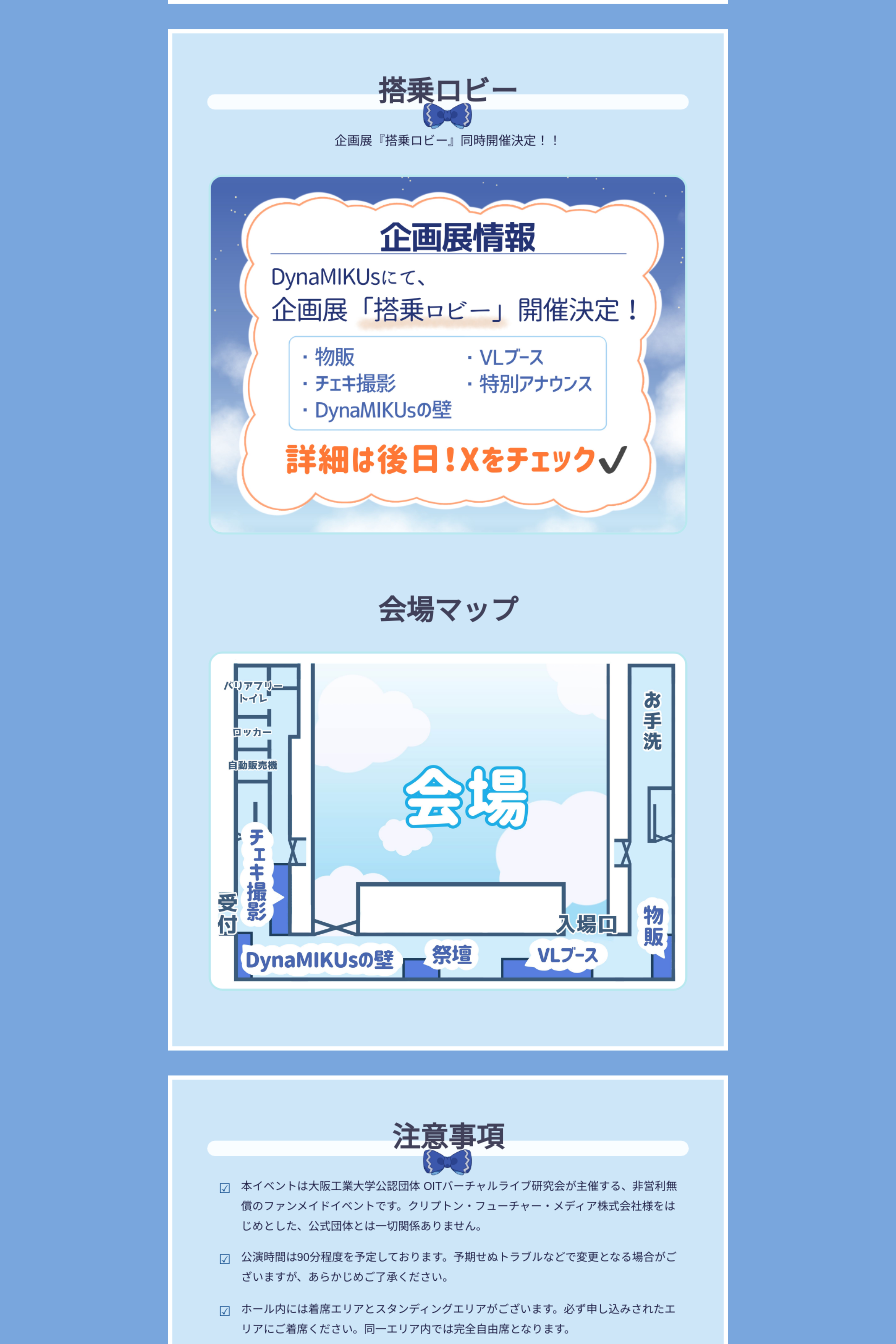
Repository: oitvl/oitvl.com
Page: dynamikus/2025/index.html
An editor plug-in stored every save of this project. The page is shown before and after the next save, followed by the edit.
The browser window is 1280 px wide. The pictures show the part of the page from y = 3591 to 5511 px (the page is 8242 px tall before and 7689 px after), at 70% of full size.
A picture or video elsewhere on the page could not be fetched, so the positions and the page height are approximate. Some web fonts or font styles are not loaded; a fallback is used.

Above is the page before, as saved 2025-09-21 00:03:44.

### dynamikus/2025/index.html
<!DOCTYPE html>
<html lang="ja">

    <head>
        <meta charset="UTF-8">
        <meta name="viewport" content="width=device-width, initial-scale=1.0">
        <title>DynaMIKUs</title>
        <link rel="stylesheet" type="text/css" href="index.css">
        <link rel="preconnect" href="https://fonts.googleapis.com">
        <link rel="preconnect" href="https://fonts.gstatic.com" crossorigin>
        <link href="https://fonts.googleapis.com/css2?family=M+PLUS+Rounded+1c&display=swap" rel="stylesheet">
        <link href="https://fonts.googleapis.com/css2?family=IBM+Plex+Sans+JP&family=M+PLUS+Rounded+1c&display=swap" rel="stylesheet">
    </head>

    <body>
        <div class="background">
            <img src="main_back.png">
        </div>

        <!-- ★★★ 画面に固定するUIの専用レイヤー ★★★ -->
        <div class="fixed-ui-layer">
            <div class="sns">
                <a href="https://x.com/oit_vlken" target="_blank" rel="noopener noreferrer">
                    <img src="X-Logo.png" alt="X Logo">
                </a>
                <a href="https://www.instagram.com/oit_vlken/" target="_blank" rel="noopener noreferrer">
                    <img src="Instagram-Logo.png" alt="Instagram Logo">
                </a>
                <a href="https://www.oitvl.com/" target="_blank" rel="noopener noreferrer" style="fill: white;">
                    <svg xmlns="http://www.w3.org/2000/svg" fill="currentColor" class="bi bi-house-fill" viewBox="0 0 16 16">
  <path d="M8.707 1.5a1 1 0 0 0-1.414 0L.646 8.146a.5.5 0 0 0 .708.708L8 2.207l6.646 6.647a.5.5 0 0 0 .708-.708L13 5.793V2.5a.5.5 0 0 0-.5-.5h-1a.5.5 0 0 0-.5.5v1.293z"/>
  <path d="m8 3.293 6 6V13.5a1.5 1.5 0 0 1-1.5 1.5h-9A1.5 1.5 0 0 1 2 13.5V9.293z"/>
</svg>
                </a>
            </div>

            <div class="popup">
                <ul>
                    <li><a href="#DynaMInfo">DynaMIKUsとは</a></li>
                    <li><a href="#liveInfo">ライブ情報</a></li>
                    <li><a href="#ticketSeat">チケット</a></li>
                    <li><a href="#seat">座席表</a></li>
                    <li><a href="#shop">物販</a></li>
                    <li><a href="#attention">注意事項</a></li>
                    <li><a href="#access">アクセス</a></li>
                </ul>
            </div>

        </div>

        <!-- ★★★ スクロールするコンテンツの専用レイヤー ★★★ -->
        <div class="hero-section">
            <div id="mainimg">
                <img src="main.png" alt="Main Visual">
            </div>

        </div>

        <div class="menu">
            <div id="logoObj">
                <label for="label1">
                    <div class="logo"></div>
                </label>
            </div>
            <input type="checkbox" id="label1" />
        </div>

        <div id="quickInfo">
            <p><strong>2025年9月23日（火・祝）</strong></p>
            <p>17:00開場 17:30開演</p>
            <p>高槻城公園芸術文化劇場 トリシマホール</p>
            <p>入場無料</p>
        </div>

        <div class="scroll-content-layer">
            <main class="content-wrapper">
                <section class="contents" id="DynaMInfo">
                    <h3>ライブテーマ</h3>
                    <div class="rectangle"><div class="ribbon"></div></div>
                    <br>
                    今回のテーマは
                    <div class="theme">『テストフライト！』</div>
                    <p>
                        「挑戦」って難しい<br>
                        「一歩」って遠い<br>
                        <br>
                        諦めかけた景色は<br>
                        ほんの少しのきっかけで<br>
                        すぐ目の前に広がるかもしれない<br>
                        <br>
                        ミクと一緒に飛び立とう<br>
                        まだ終わらない、あの夏の向こうへ！<br>
                    </p>
                    <br>
                    <h4>DynaMIKUsとは</h4>
                    <p>
                        OITバーチャルライブ研究会による<br>
                        初音ミクファンメイドライブプロジェクト『DynaMIKUs』<br>
                        <br>
                        ダイナミックなミクの姿を描けるように日々研究を重ねています。
                        <br>
                    </p>
                </section>

                <section class="contents" id="liveInfo">
                    <h3>タイムテーブル</h3>
                    <div class="rectangle"><div class="ribbon"></div></div>
                    <p>
                        15:00&emsp;企画展OPEN<br>
                        17:00&emsp;ライブ開場<br>
                        17:30&emsp;ライブ開演<br>
                        20:00&emsp;会場CLOSE
                    </p>
                </section>

                <section class="contents" id="ticketSeat">
                    <h3>チケット</h3>
                    <div class="rectangle"><div class="ribbon"></div></div>
                    <p>
                        チケットは2種類！<br>
                        着席エリアとスタンディングエリアから選べます<br>
                    </p>
                    <div id="ticket">
                        <div class="ticBlock">
                            <h3>着席</h3>
                            <img src="sitting.png" alt="着席エリアのイメージ">
                            <p>着席しながらライブをお楽しみいただけます（立ち上がっての観覧はできません）。</p>
                        </div>
                        <div class="ticBlock">
                            <h3>スタンディング</h3>
                            <img src="standing.png" alt="スタンディングエリアのイメージ">
                            <p>スタンディング推奨のエリアです（着席していただいてもかまいません）。</p>
                        </div>
                    </div>
                    <div class="seat">
                        <h4>座席配置</h4>
                        <img src="seat.png" alt="座席図">
                        <p>※申し込み状況により座席配置は変更となる場合がございます。</p>
                    </div>
                    <div class="ticket-info">
                        <div class="ticket-jump"><a href="https://t.livepocket.jp/e/dynamikus">チケットの事前申込はこちら！</a></div>
                        <div class="ticket-notion">※LivePocket（外部サイト）に遷移します</div>
                    </div>
                </section>

                <section class="contents" id="kikaku">
                    <h3>搭乗ロビー</h3>
                    <div class="rectangle"><div class="ribbon"></div></div>
                    <p class="coming-soon">
                        企画展『搭乗ロビー』同時開催決定！！<br>
                        <!-- --------2025/09/20更新------- -->
                        <ul>
                            <li>
                                <img src="DynaMIKUs_booth_commingsoon2.jpg" alt="toujourobi info">
                            </li>
                            <li>
                                <h3>会場マップ</h3>
                                <img src="DynaMIKUs_boothMap.jpg" alt="kaijou map">
                            </li>
                        </ul>
                        <!-- ---------------------------- -->
                    </p>
                </section>

                <!--
                <section class="contents" id="shop">
                    <h3>物販</h3>
                    <div class="rectangle"><div class="ribbon"></div></div>
                    <p class="coming-soon">―― Coming soon彡 ――</p>
                </section>
            -->

                <section class="contents" id="attention">
                    <h3>注意事項</h3>
                    <div class="rectangle"><div class="ribbon"></div></div>
                    <div class="notes-container">
                        <ul>
                            <li>本イベントは大阪工業大学公認団体 OITバーチャルライブ研究会が主催する、非営利無償のファンメイドイベントです。クリプトン・フューチャー・メディア株式会社様をはじめとした、公式団体とは一切関係ありません。</li>

                            <li>公演時間は90分程度を予定しております。予期せぬトラブルなどで変更となる場合がございますが、あらかじめご了承ください。</li>
                            <li>ホール内には着席エリアとスタンディングエリアがございます。必ず申し込みされたエリアにご着席ください。同一エリア内では完全自由席となります。</li>
                            <li>本イベントではペンライト・サイリウムをお持ち込みいただけますが、極端に光の強いペンライト・サイリウムは演出上支障をきたす可能性がありますのでお控えください。</li>
                            <li>公演中は携帯電話・スマートフォンなどの電子機器を、音の出ない設定にしていただきますようお願いいたします。</li>
                            <li>ホール内での飲食は禁止となっております。水分補給はホール外のホワイエでお願いいたします。</li>
                            <li>公演中はスタンディングでの鑑賞を推奨いたしますが、一部着席エリアではスタンディングはできません。</li>
                            <li>ジャンプ、過度な横揺れ、椅子の上に立つ、ペンライトを頭上より高く上げ続けるなど、周りの方のご迷惑になるような行為は禁止とさせていただきます。</li>
                            <li>公演中は演出の都合上、非常誘導灯を含め客席照明を消灯いたします。ホール内の段差やケーブル等にご注意ください。</li>

                            <li>会場側の要請により、コスプレは禁止とさせていただきます。</li>
                            <li>会場は貸し切りではありません。ほかの利用者様のご迷惑とならないよう、ご配慮の上お楽しみください。</li>
                            <li>会場には駐車場がございますが、混雑が予想されるため公共交通機関のご利用をご検討ください。</li>

                            <li>イベント中の様子は運営による動画撮影が行われ、その様子がインターネット上にアップロードされる場合がございます。あらかじめご了承ください。</li>
                            <li>公演中は演出として大きな音や光の点滅があります。心配な方はライブ用耳栓や目を背ける等で各自対処していただきますようお願いいたします。</li>
                            <li>イベント中に体調が悪くなった場合、お近くのスタッフまでお声がけください。</li>
                            <li>小さなお子様と参加される場合、目を離されないようご注意ください。</li>
                            <li>イベント中の盗難・紛失・お客様同士のトラブルなどは主催者側では一切責任を負いかねます。</li>
                            <li>円滑なイベント運営のため、本注意事項とスタッフの指示には必ず従っていただきますようお願いいたします。</li>
                            <li>本イベントはOITバーチャルライブ研究会アンチハラスメントポリシーが適用されます。必ずご確認の上ご参加ください。</li>

                            <li>本イベントは、予期せぬトラブルなどにより、予告なく内容の変更及び延期、中止等を行う可能性がございます。あらかじめご了承ください。</li>
                            <li>最新の情報はOITバーチャルライブ研究会公式Xをご確認ください。</li>
                            <li>生ネギの持ち込みはご遠慮ください。</li>
                        </ul>
                    </div>
                </section>

                <section class="contents" id="access">
                    <h3>アクセス</h3>
                    <div class="rectangle"><div class="ribbon"></div></div>
                    <p>阪急高槻市駅から徒歩約8分<br>
                        JR高槻駅から徒歩約13分<br><br>
                        高槻市営バス「阪急高槻駅」下車徒歩約8分<br>
                        京阪バス「阪急高槻」（京阪枚方発）下車徒歩約8分<br>
                    </p>
                    <div class="map">
                        <iframe
                            src="https://www.google.com/maps/embed?pb=!1m18!1m12!1m3!1d3274.476653848844!2d135.62123449999999!3d34.8442487!2m3!1f0!2f0!3f0!3m2!1i1024!2i768!4f13.1!3m3!1m2!1s0x60011d006a0f2821%3A0xec54a54e85d12ec0!2z44OI44Oq44K344Oe44Ob44O844Or!5e0!3m2!1sja!2sjp!4v1753082061045!5m2!1sja!2sjp"
                            allowfullscreen loading="lazy"
                            referrerpolicy="no-referrer-when-downgrade"></iframe>
                    </div>
                </section>
            </main>

        </div>
    </body>
    <footer>
        <h3>お問い合わせ</h3>
        <p><a href="https://docs.google.com/forms/d/1O2vwXvjGlmM7xU60nBuzxTgOYp0_djwD8fOec9hPNIA/">DynaMIKUs専用お問い合わせフォーム</a></p>
        <div id="QA">
            <p><a href="https://x.com/oit_vlken" target="_blank"
                    rel="noopener noreferrer">Twitter:@oit_vlken</a></p>
            <p><a href="https://www.instagram.com/oit_vlken/" target="_blank"
                    rel="noopener noreferrer">Instagram:oit_vlken</a></p>
            <p><a href="https://www.oitvl.com/" target="_blank"
                    rel="noopener noreferrer">OITVL HP</a></p>
        </div>
        <div><a
                href="https://www.oitvl.com/policy">アンチハラスメントポリシー/プライバシーポリシー</a></div>
        <ul class="license">
            <li>当団体が制作したコンテンツにはピアプロ・キャラクター・ライセンスに基づいて、クリプトン・フューチャー・メディア株式会社のキャラクター「初音ミク」を描いたものが含まれています。</li>
            <li>「初音ミク」はクリプトン・フューチャー・メディア株式会社の著作物です。</li>
            <li>©Crypton Future Media, INC. www.piapro.net</li><br>
            <li>当団体のイベントはピアプロ・キャラクター・ライセンスおよび著作権法第38条第1項（営利を目的としない上演等）、第20条（同一性保持権）に基づいて実施します。</li>
            <li>当団体は学生による大学公認の課外活動団体であり、所属大学およびクリプトン・フューチャー・メディア等が開催する公式のイベント・団体とは一切関係ありません。</li>
            <li>©2025 OITバーチャルライブ研究会</li>
        </ul>
    </footer>
</html>

### dynamikus/2025/index.css
@charset "UTF-8";
* {
  margin: 0;
  padding: 0;
  box-sizing: border-box;
}

html {
  scroll-behavior: smooth;
}

body {
  background-color: rgb(121, 166, 221);
  overflow-x: hidden;
  font-family: "IBM Plex Sans JP", sans-serif;
  color: #212147;
}

/* ---------背景------- */
.background {
  position: fixed;
  top: 0;
  left: 0;
  width: 100%;
  height: 100vh;
}

.background img{
  position: absolute;
  top: 0;
  left: 0;
  width: 100%;
  height: 100vh;
  object-fit: cover; /* 背景画像を画面全体にフィットさせる */
  z-index: -1; /* 背景画像を最背面に配置 */
}


/* ------固定UIレイヤー------*/
.fixed-ui-layer {
  position: fixed;
  top: 0;
  left: 0;
  width: 100%;
  height: 100vh;
  pointer-events: none; /* 下のコンテンツをクリックできるように */
  z-index: 100;
}

.menu,
.sns,
.popup,
#quickInfo {
  pointer-events: auto; /* UI要素はクリックできるように */
}

/* メニューとロゴ（画面に固定） */
.menu {
  position:absolute;
  top: 0;
  /*bottom: 4vh;*/
  left: 50%;
  transform: translateX(-50%);
  margin-top: 34vh;
  width: 80vw;
  height: 50vh;
  max-width: 500px;
  max-height: 500px;
  z-index: 20;;
}

#logoObj {

  width: 100%;
  height: 100%;
  cursor: pointer;
  /*
  animation: grow-progress linear;
  animation-timeline: scroll(root);
  */
  /* ★★★ スクロールアニメーションは削除 ★★★ */
}

.logo {
  margin: 0;
  width: 100%;
  height: 100%;
  /* background-image: url("DynaMIKUs-Logo-color.png"); */
  background-image: url("DynaMIKUs-Logo-color.svg");
  background-size: contain;
  background-repeat: no-repeat;
  background-position: center;
  animation: fuwafuwa 1.5s ease-in-out infinite alternate;

  /* transition: transform 0.3s ease; */
}

.logo:hover {
  transform: scale(1.1);
}
@keyframes grow-progress {
    0% {
        transform: translate(0,0);
    }
    6%{
        transform: translate(0,0);
    }
    10% {
        transform: translate(30vw,0);
    }
    100%{
        transform: translate(30vw,0);
    }
}

.logo p{
    position: relative;top:2vh;
    margin-left: 40%;
    font-size: 18px;
    color: aliceblue;
    animation: fuwafuwa 1.5s ease-in-out infinite alternate;
}
@keyframes fuwafuwa {
  0% {
    transform:translate(0, 0);
  }
  50% {
    transform:translate(0, -1.5vh);
  }
  100% {
    transform:translate(0, 0);
  }
}

.menu input {
  display: none;
}

.menu input:checked + .popup {
  transform: translateX(-50%) scale(1);
  opacity: 1;
}

.popup {
  padding: 10px;
  /* .menu input:checked + .popupの場所と同じにすると同じ場所からpopupが出て戻る */
  position: absolute;
  top: -60vh;

  transform: scale(0);
  overflow: hidden;
  width: 20vw;
  min-width: 270px;
  opacity: 0;
  transition: 0.2s;

  margin: 10vw;
  display: block;

  border-top-width: 5px;
  border-bottom-width: 5px;
  border-top-style: double;
  border-bottom-style: double;
  border-color: rgb(17, 76, 140);

  border-radius: 3px;

  background-color: rgba(238, 238, 238, 0.712);
  /* position: absolute;
  bottom: 110%;
  left: 50%;
  transform: translateX(-50%) scale(0);
  transform-origin: bottom center;
  width: 280px;
  opacity: 0;
  transition: transform 0.3s ease, opacity 0.3s ease;
  padding: 15px;
  border-radius: 8px;
  background-color: rgba(250, 250, 250, 0.9);
  backdrop-filter: blur(5px);
  border: 2px double rgb(17, 76, 140); */
}

.popup ul {
  padding-left: 0;
  list-style: none;
}
.popup li {
  font-size: 22px;
  line-height: 2;
  text-align: center;
  font-family: "M PLUS Rounded 1c", sans-serif;
  position: relative;
  border-bottom: 1px dashed rgb(248, 248, 248);
}
.popup li::before {
    content: "";
    display: block;
    justify-content:center;
    width: 1rem;
    height: 0.5rem;

    border-left: 2px solid rgb(248, 248, 248);
    border-bottom: 2px solid rgb(248, 248, 248);
    transform: rotate(-45deg);
    position: absolute;top:0.7em;left: 0.7em;
}
.popup a {
  color: #1d1d24;
  text-decoration: none;
  display: block;
  transition: color 0.2s;
}
.popup a:hover {
  color: rgb(62, 147, 220);
}
.c-checkbox input[type="checkbox"] {
  display: none;
}

/* input要素の代替（外側）：チェック後 */
.c-checkbox input[type="checkbox"]:checked + .c-checkbox__input::before {
  background-color: #fcfcfc;
  border-radius: 4px;
}

/* input要素の代替（内側）：チェック後 */
.c-checkbox input[type="checkbox"]:checked + .c-checkbox__input::after {
  width: 10px;
  height: 10px;
  background-color: gray;
  border-radius: 50%;
  top: 5px;
  left: 5px;
}

/* SNSアイコン（画面に固定） */
.sns {
  position: absolute;
  top: 20px;
  left: 20px;
  display: flex;
  flex-direction: column;
  gap: 15px;
}
.sns a {
  padding: 8px;
  background-color: rgba(35, 29, 35, 0.4);
  border-radius: 5px;
  color: #ffffff;
  text-decoration: none;
  transition: background-color 0.3s;
}
.sns a:hover {
  background-color: rgba(35, 29, 35, 0.7);
}
.sns img {
  width: 35px;
  height: 35px;
  display: block;
}

/* --------------------- */
/* ------スクロールコンテンツレイヤー------*/
.scroll-content-layer {
  position: relative;
  z-index: 1; /* 固定レイヤーより下にする */
}

.hero-section {
  width: 100vw;
  height: 100vh;
  position: relative;
  padding-top: 30px;
  padding-bottom: 100px;
  top: 0;
  /* overflow: hidden; ★重要：アニメーションのはみ出しを隠す */
}

/*#hide {
  position: absolute;
  top: 0;
  width: 100%;
  height: 100%;
  z-index: 2;
}*/

/*#mainimg{
  width : 100%;
  height: 100%;
}*/

#mainimg {
  position: relative;
  top: 0;
  z-index: 1;
  height: 100%;
  animation: fadeIn1s 1.5s 1.5s forwards;
  opacity: 0;
  overflow: hidden;
  display: flex;
  justify-content: center;
}

#mainimg img{

  height: 100%;
}


@keyframes fadeIn1s {
  0% {
    transform: translate(-70%, 50%);
  }
  64% {
    transform: scale(3) translate(-10%, 27%);
  }
  100% {
    transform: scale(1) translate(0, 0);
    opacity: 1;
  }
}

#backimg img {
  position: absolute;
  top: 0;
  left: 0;
  right: 0;
  z-index: -1;
  background-repeat: no-repeat;
  background-size: 100%;
  width: 100vw;
  animation: fadeIn1s_backimg 3s forwards;
  opacity: 0;
}
@keyframes fadeIn1s_backimg {
  0% {
  }
  55% {
    transform: scale(1.2);
  }
  100% {
    transform: scale(1);
    opacity: 1;
  }
}

/* ライブ情報（画面に固定） */
#quickInfo {
  position: absolute;
  bottom: 60px;
  right: 3vw;
  text-align: right;
  font-family: "M PLUS Rounded 1c", sans-serif;
  color: #ffffff;
  /*font-size: min(2.1vw,22px);*/
  border: #fcfcfca8 solid 2px;
  border-radius: 10px;
  background-color: #2121475c;
  padding: 10px 20px;
  z-index: 20;
}

.content-wrapper {
  position: relative;
  z-index: 0;
}

.contents {
  font-size: 18px;
  padding: 50px 30px;
  width: 90%;
  max-width: 800px;
  margin: 0 auto 5vh auto;
  border: 6px solid rgb(255, 255, 255);
  text-align: center;
  background-color: rgba(227, 247, 255, 0.8);
}

/* (以下、.contents 内部や footer のスタイルは変更なし) */
/* ... */
.contents h3 {
  font-family: "M PLUS Rounded 1c", sans-serif;
  font-weight: 800;
  /* font-size: 40px; */
  color: #404059;
  margin-bottom: 20px;
  font-size: min(8vw, 40px);
  z-index: 2;
  position: relative;
}

.rectangle {
  top: -0.5em;
  /*z-index: -1;*/
  /*max-width: 22em;*/
  height: 1.2em;
  border-radius: 10em;
  background-color: rgb(249, 253, 255);
  margin: -35px 20Px 0 20px;
  position: relative;
}

.ribbon {
  top: 0.4em;
  background-image: url("リボン.png");
  width: 6em;
  height: 4em;
  background-size: contain;
  background-repeat: no-repeat;
  margin: -15px auto 15px auto;
  position: relative;
}

.contents p {
  width: 100%;
  text-align: center;
  margin: 20px 0;
  line-height: 1.8;
}

.theme {
  font-size: 26px;
  font-weight: 800;
  color: #ff8f45;
  font-family: "M PLUS Rounded 1c", sans-serif;
}

#ticket {
  width: 100%;
  display: flex;
  flex-wrap: wrap;
  justify-content: center;
  align-items: flex-start;
  gap: 30px;
  margin-top: 20px;
}
.ticBlock {
  width: 100%;
  max-width: 300px;
  color: #404059;
  font-family: "M PLUS Rounded 1c", sans-serif;
}
.ticBlock img {
  width: 100%;
  height: auto;
  object-fit: cover;
  border: 3px solid #b8e9ef;
  border-radius: 20px;
  margin-top: 10px;
}
.ticket-info {
  width: 100%;
  margin-top: 20px;

}
.ticket-jump a {
  text-decoration: none;
  color: #ff8f45;
  transition: color 0.2s;
  font-size: min(6vw,1.8rem);
  font-family: "M PLUS Rounded 1c", sans-serif;
  font-weight: 800;
}
.ticket-info a:hover {
  color: rgb(96, 255, 228);
}

.ticket-notion {
  font-size: 14px;
  margin-top: 10px;
  text-align: center;
}

/*--------2025/09/20更新-------*/
#setori img{
  width: 100%;
  height: auto;
  object-fit: cover;
  border: 3px solid #b8e9ef;
  border-radius: 20px;
  margin-top: 10px;
}

#kikaku ul{
  list-style: none;
}

#kikaku img{
  width: 100%;
  height: auto;
  object-fit: cover;
  border: 3px solid #b8e9ef;
  border-radius: 20px;
  margin-top: 10px;
}

#kikaku li{
  margin: 3%;
  font-size: min(8vw, 30px);
}

#kikaku li h3{
  margin-top: 10%;
}
/*------------------------*/

.map {
  width: 100%;
  aspect-ratio: 16 / 9;
  position: relative;
  margin-top: 20px;
  border: 3px solid #b8e9ef;
  border-radius: 10px;
  overflow: hidden;
}

.map iframe {
  position: absolute;
  top: 0;
  left: 0;
  width: 100%;
  height: 100%;
  border: none;
}

.seat img {
  position: relative;
  /**/
  width: 500px;
  max-width: 70vw;
  border: 3px solid #b8e9ef;
  border-radius: 20px;
  display: block;
  margin: 30px auto;
}

.notes-container {
  width: 90%;
  margin: 0 auto;
}
.notes-container ul {
  list-style: none;
  margin: 20px 0;
}
.notes-container li {
  text-align: left;
  position: relative;
  font-size: 16px;
  line-height: 1.8;
  padding-left: 2rem;
  margin-bottom: 1rem;
}
.notes-container li::before {
  content: "☑";
  display: block;
  position: absolute;
  top: 0;
  left: 0;
  color: rgb(17, 76, 140);
  font-size: 1.2rem;
}

footer {
  position: relative;
  z-index: 20; /*ロゴメニューより上にくるように*/
  text-align: center;
  background-color: rgb(249, 253, 255);
  padding: 50px 20px;
  font-family: "IBM Plex Sans JP", sans-serif;
  color: #313147;
}

footer h3 {
  font-family: "M PLUS Rounded 1c", sans-serif;
  font-weight: 800;
  font-size: 30px;
  color: #404059;
  margin-bottom: 20px;
}

#QA {
  display: flex;
  justify-content: center;
  align-items: center;
  flex-wrap: wrap;
  gap: 30px;
  margin-bottom: 20px;
}

#QA p,
footer > div {
  margin: 10px;
}

footer a {
  text-decoration: none;
  color: #313147;
  transition: color 0.2s;
}
footer a:hover {
  color: rgb(62, 147, 220);
}
.license {
  font-size: 12px;
  margin-top: 40px;
  max-width: 800px;
  margin-left: auto;
  margin-right: auto;
  line-height: 1.6;
  color: #555;
  list-style: none;
}
.license li {
  padding-left: 0;
}
.license li::before {
  content: none;
}

After the next save:
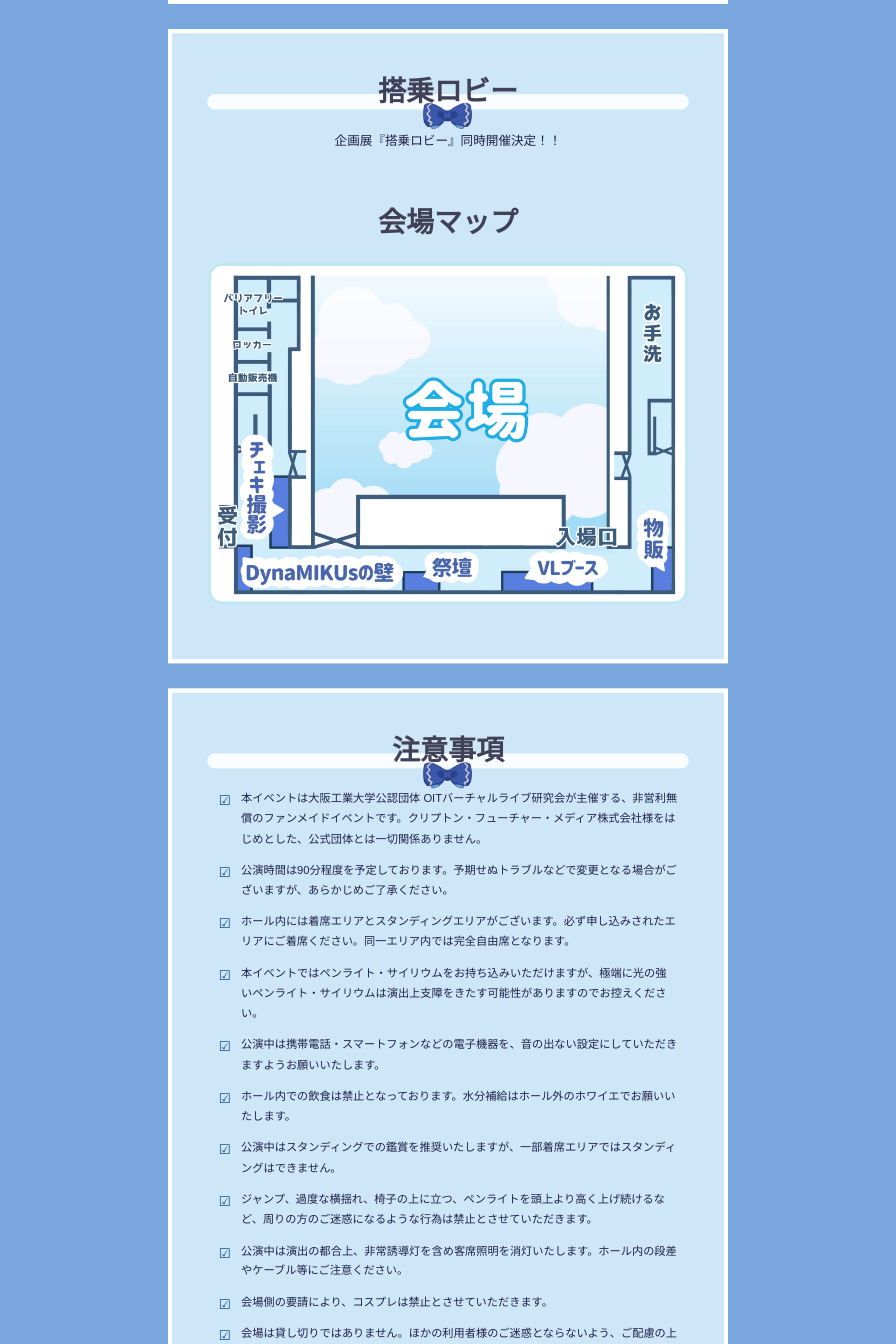
Saved 91 s later.
--- a/dynamikus/2025/index.html
+++ b/dynamikus/2025/index.html
@@ -151,9 +151,6 @@
                         <!-- --------2025/09/20更新------- -->
                         <ul>
                             <li>
-                                <img src="DynaMIKUs_booth_commingsoon2.jpg" alt="toujourobi info">
-                            </li>
-                            <li>
                                 <h3>会場マップ</h3>
                                 <img src="DynaMIKUs_boothMap.jpg" alt="kaijou map">
                             </li>
